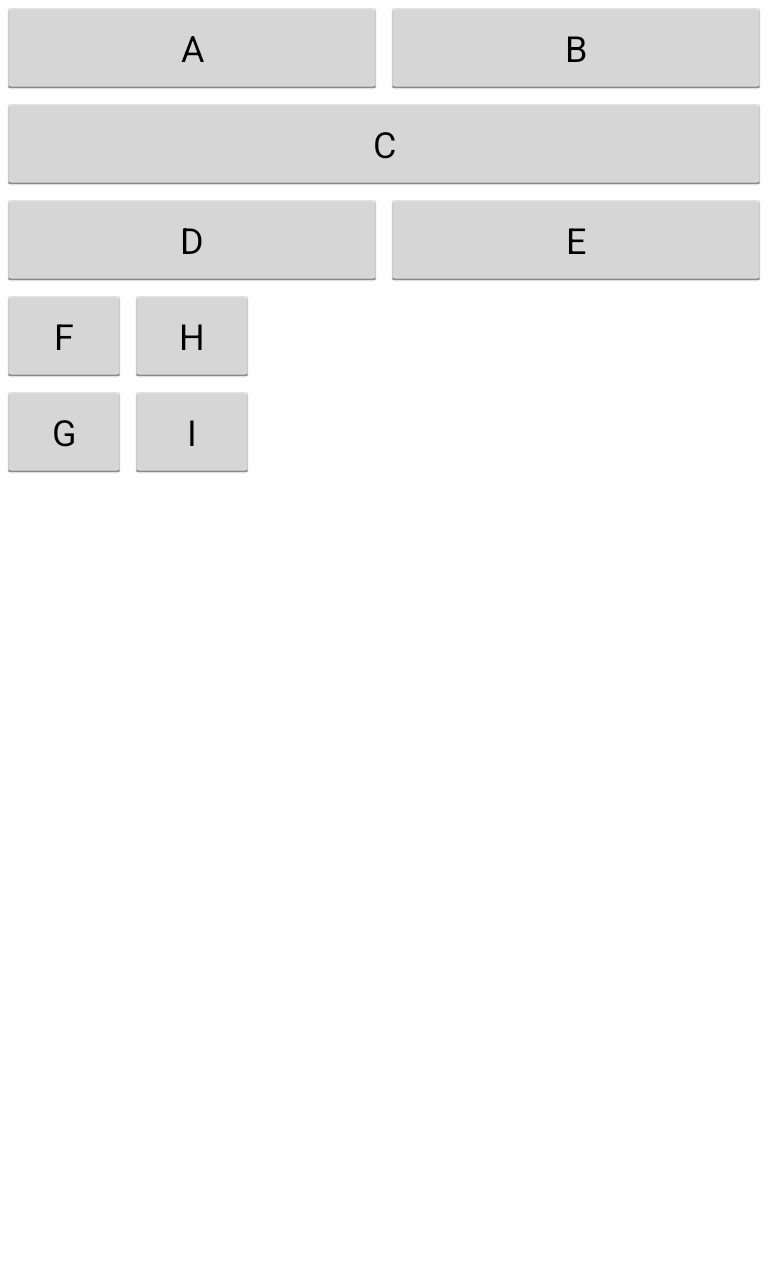
Repository: iracom/ejercicios-android
Layout: Layouts/res/layout/activity_main.xml
The author's editor kept a copy of each file at every save. The layout is drawn from the files as they stood at one save, then again after the next save.
It is drawn on a 768 x 1280 px phone screen (xhdpi) without system bars, with theme AppTheme; the app's code is not run.

Above is the layout before, as saved 2014-05-06 11:27:11.

### Layouts/res/layout/activity_main.xml
<LinearLayout xmlns:android="http://schemas.android.com/apk/res/android"
    xmlns:tools="http://schemas.android.com/tools"
    android:id="@+id/container"
    android:layout_width="match_parent"
    android:layout_height="match_parent"
    android:orientation="vertical"
    tools:context="com.iraitzcompains.layouts.MainActivity"
    tools:ignore="MergeRootFrame" >

    <LinearLayout
        android:layout_width="match_parent"
        android:layout_height="wrap_content" >

        <Button
            android:id="@+id/button1"
            android:layout_width="wrap_content"
            android:layout_height="wrap_content"
            android:layout_weight="1"
            android:text="@string/button_a" />

        <Button
            android:id="@+id/button2"
            android:layout_width="wrap_content"
            android:layout_height="wrap_content"
            android:layout_weight="1"
            android:text="@string/button_b" />
    </LinearLayout>

    <Button
        android:id="@+id/button3"
        android:layout_width="match_parent"
        android:layout_height="wrap_content"
        android:text="@string/button_c" />

    <LinearLayout
        android:layout_width="match_parent"
        android:layout_height="wrap_content" >

        <Button
            android:id="@+id/button4"
            android:layout_width="wrap_content"
            android:layout_height="wrap_content"
            android:layout_weight="1"
            android:text="@string/button_d" />

        <Button
            android:id="@+id/button5"
            android:layout_width="wrap_content"
            android:layout_height="wrap_content"
            android:layout_weight="1"
            android:text="@string/button_e" />

    </LinearLayout>

    <LinearLayout
        android:layout_width="match_parent"
        android:layout_height="wrap_content" >

        <LinearLayout
            android:layout_width="wrap_content"
            android:layout_height="match_parent"
            android:orientation="vertical" >

            <Button
                android:id="@+id/button6"
                android:layout_width="wrap_content"
                android:layout_height="wrap_content"
                android:layout_weight="1"
                android:text="@string/button_f" />

            <Button
                android:id="@+id/button7"
                android:layout_width="wrap_content"
                android:layout_height="wrap_content"
                android:layout_weight="2"
                android:text="@string/button_g" />

        </LinearLayout>

        <LinearLayout
            android:layout_width="match_parent"
            android:layout_height="wrap_content"
            android:orientation="vertical" >

            <Button
                android:id="@+id/button8"
                android:layout_width="wrap_content"
                android:layout_height="wrap_content"
                android:layout_weight="2"
                android:text="@string/button_h" />

            <Button
                android:id="@+id/button9"
                android:layout_width="wrap_content"
                android:layout_height="wrap_content"
                android:layout_weight="1"
                android:text="@string/button_i" />

        </LinearLayout>

    </LinearLayout>

</LinearLayout>

### Layouts/res/values/strings.xml
<?xml version="1.0" encoding="utf-8"?>
<resources>

    <string name="app_name">Layouts</string>
    <string name="hello_world">Hello world!</string>
    <string name="action_settings">Settings</string>
    <string name="button_a">A</string>
    <string name="button_b">B</string>
    <string name="button_c">C</string>
    <string name="button_d">D</string>
    <string name="button_e">E</string>
    <string name="button_f">F</string>
    <string name="button_g">G</string>
    <string name="button_h">H</string>
    <string name="button_i">I</string>

</resources>

Loaded but not shown: Layouts/res/values/styles.xml (common file); Layouts/res/values-v11/styles.xml (common file); Layouts/res/values-v14/styles.xml (common file)

After the next save:
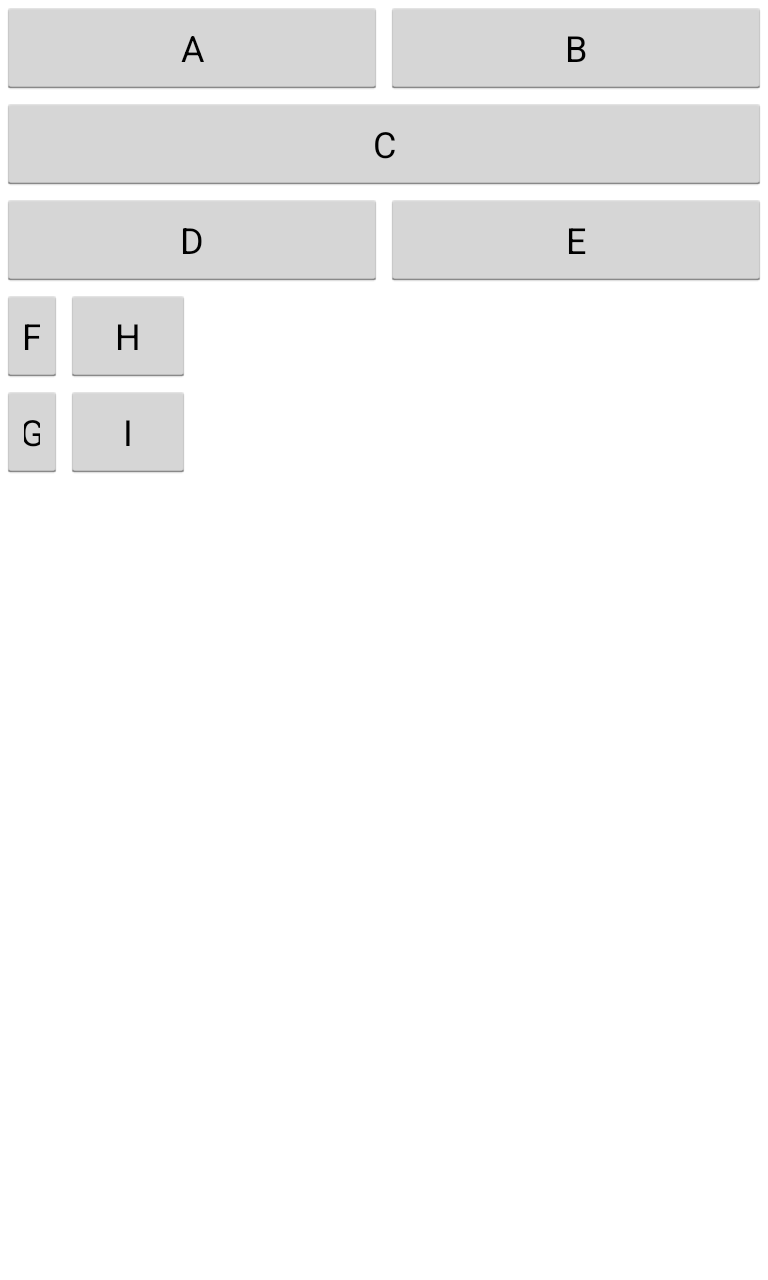
Saved 38 s later.
--- a/Layouts/res/layout/activity_main.xml
+++ b/Layouts/res/layout/activity_main.xml
@@ -59,6 +59,7 @@
         <LinearLayout
             android:layout_width="wrap_content"
             android:layout_height="match_parent"
+            android:layout_weight="1"
             android:orientation="vertical" >
 
             <Button
@@ -80,6 +81,7 @@
         <LinearLayout
             android:layout_width="match_parent"
             android:layout_height="wrap_content"
+            android:layout_weight="1"
             android:orientation="vertical" >
 
             <Button
